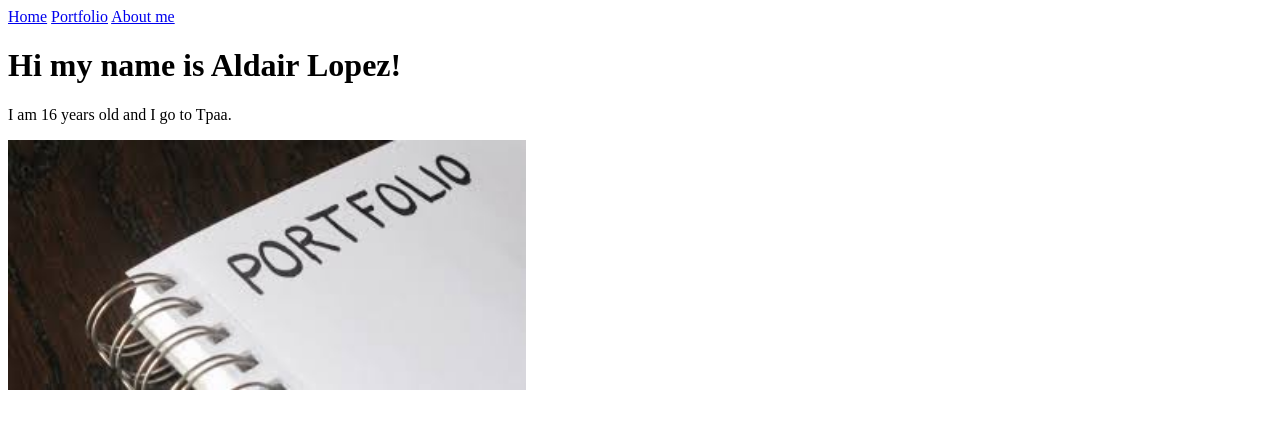
Repository: alopez2019/alopez2019.github.io
Page: my_website/about me.html
The author's editor kept a record of every edit. The page is drawn from the files as they stood at one moment, then again after the next edit.
The browser window is 1280 px wide. The pictures show the whole page.

Above is the page before.

### my_website/about me.html
<!doctype html>
	<html lang="en">
	  <head>
	    <meta charset="utf-8">
	    <title>About me</title>
	  </head>
	  <body>
    <a href="index.html">Home</a>
    <a href="portfolio.html">Portfolio</a>
    <a href="about me.html">About me</a>
    <h1>Hi my name is Aldair Lopez!</h1>
    <p>I am 16 years old and I go to Tpaa.</p>
    <img src="images/portfolio.jpg" height="250">
    <br>
    </a>
	  </body>
	</html>

After the next edit:
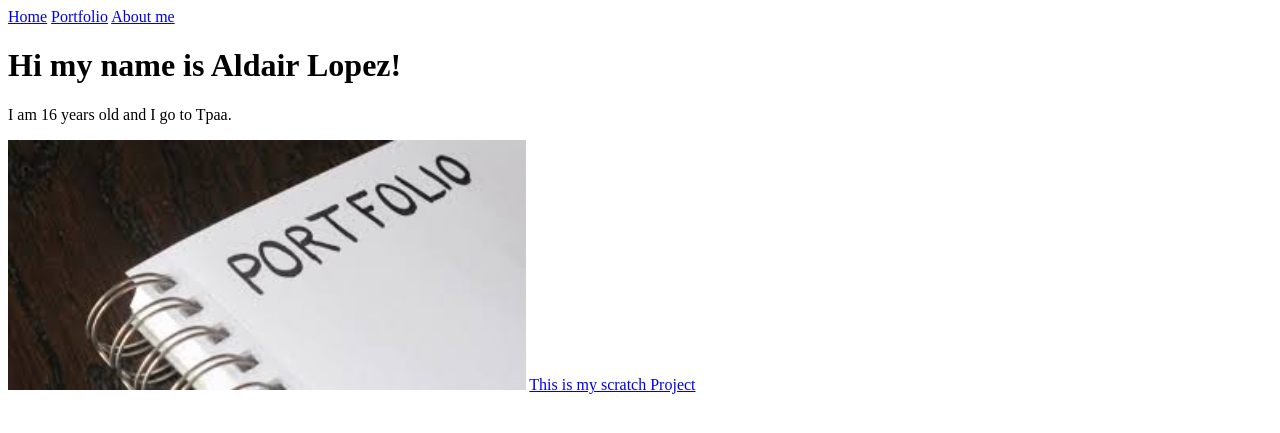
The edit:
--- a/my_website/about me.html
+++ b/my_website/about me.html
@@ -11,6 +11,7 @@
     <h1>Hi my name is Aldair Lopez!</h1>
     <p>I am 16 years old and I go to Tpaa.</p>
     <img src="images/portfolio.jpg" height="250">
+    <a href="https://scratch.mit.edu/projects/326772128/">This is my scratch Project</a>
     <br>
     </a>
 	  </body>
